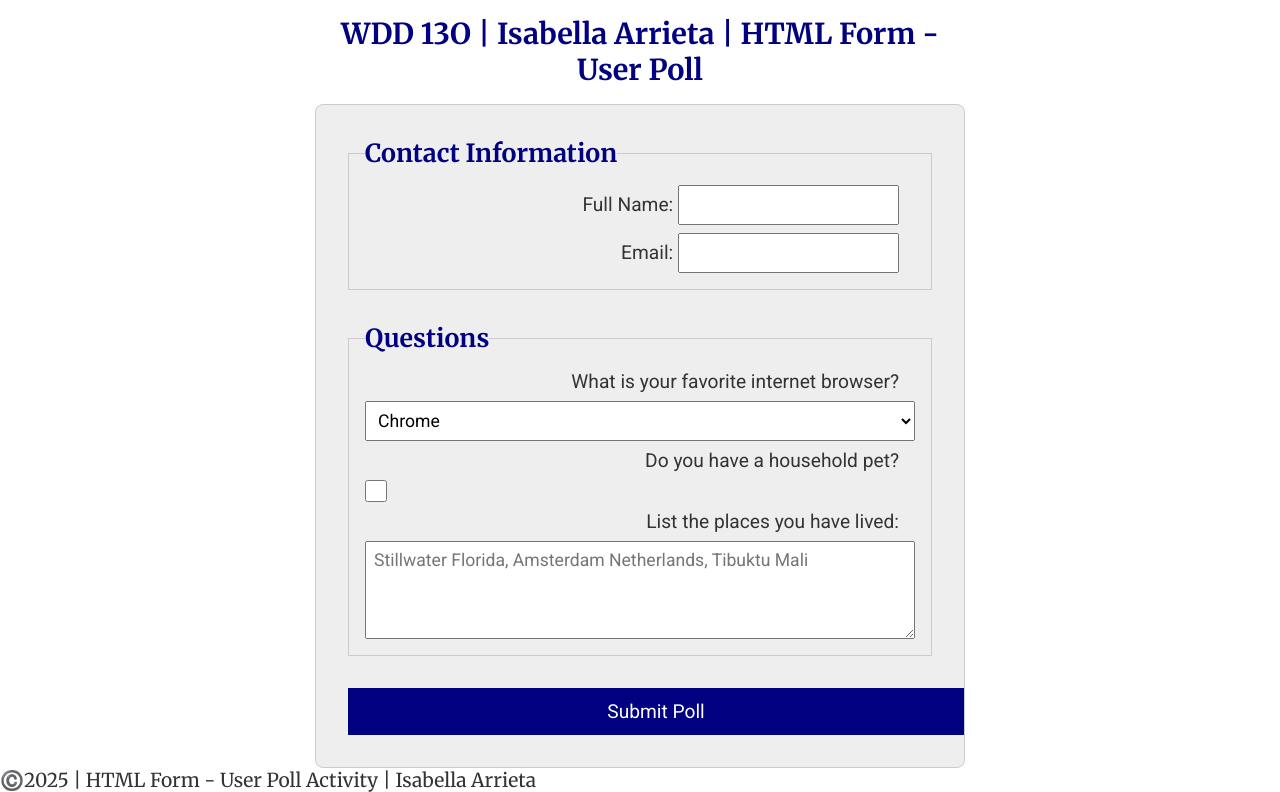
Repository: isaAJ05/wdd130
Page: week05/poll-form.html
These files come from the project's save history. The page is drawn as it stood at one moment and after a run of saves; the edit follows.
The browser window is 1280 px wide. The pictures show the whole page.
The pointer rests on the first visible `button`.

Above is the page before, as saved 2025-06-14 18:45:08.

After the next 2 saves:
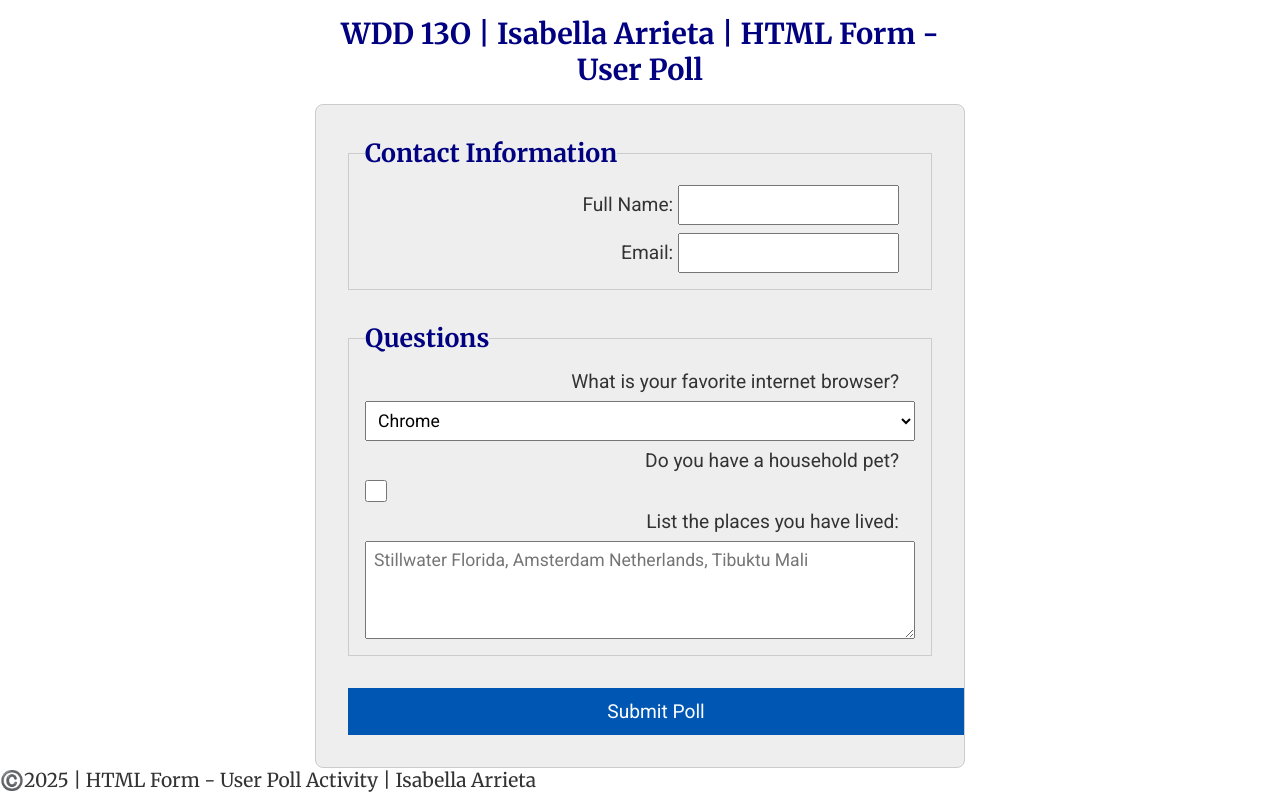
The 2 saves are shown as one change because they came seconds apart.
The last was saved 12 s later.
--- a/week05/styles/poll-form.css
+++ b/week05/styles/poll-form.css
@@ -65,3 +65,6 @@ button{
     padding: 0.75rem;
     font-size: 1.2rem;
 }
+button:hover {
+    background-color: #0056b3;
+}

After the 2 saves that followed:
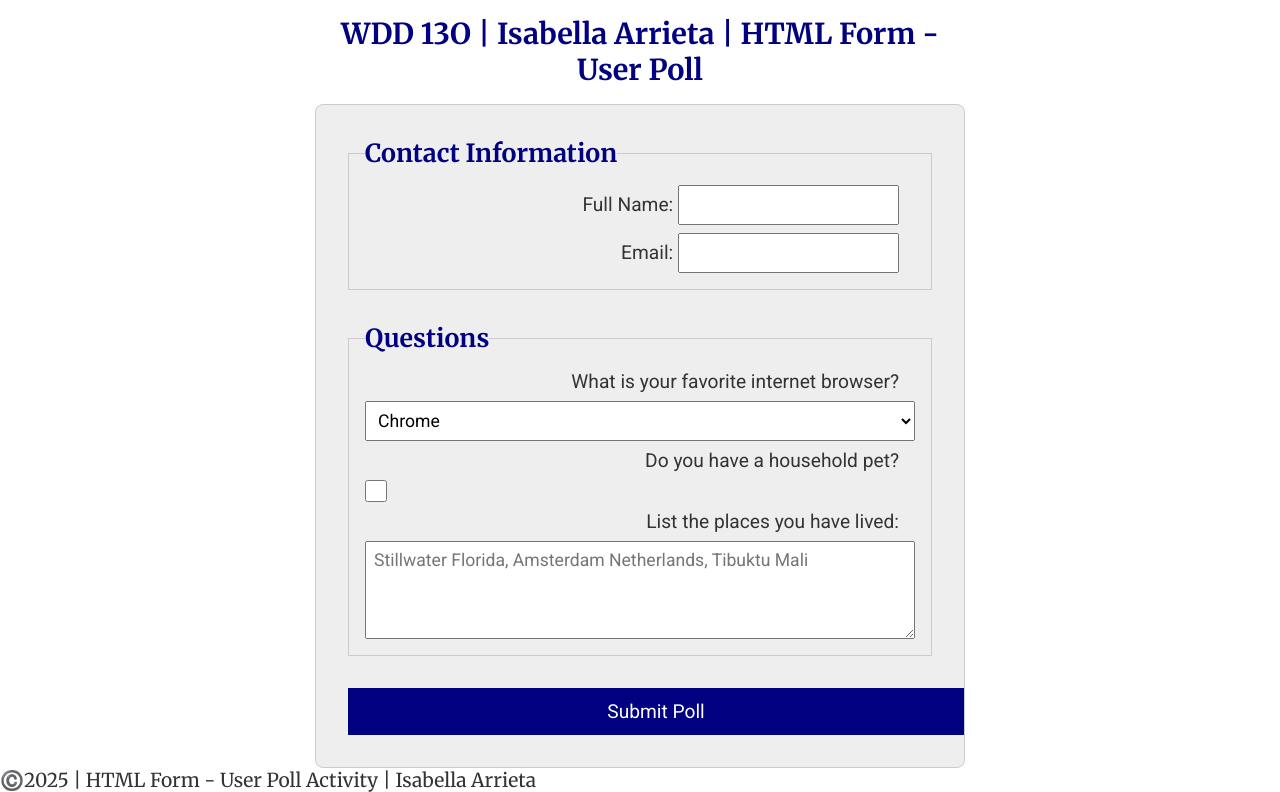
The 2 saves are shown as one change because they came seconds apart.
The last was saved 11 s later.
--- a/week05/styles/poll-form.css
+++ b/week05/styles/poll-form.css
@@ -66,5 +66,5 @@ button{
     font-size: 1.2rem;
 }
 button:hover {
-    background-color: #0056b3;
+    background-color: dar;
 }
